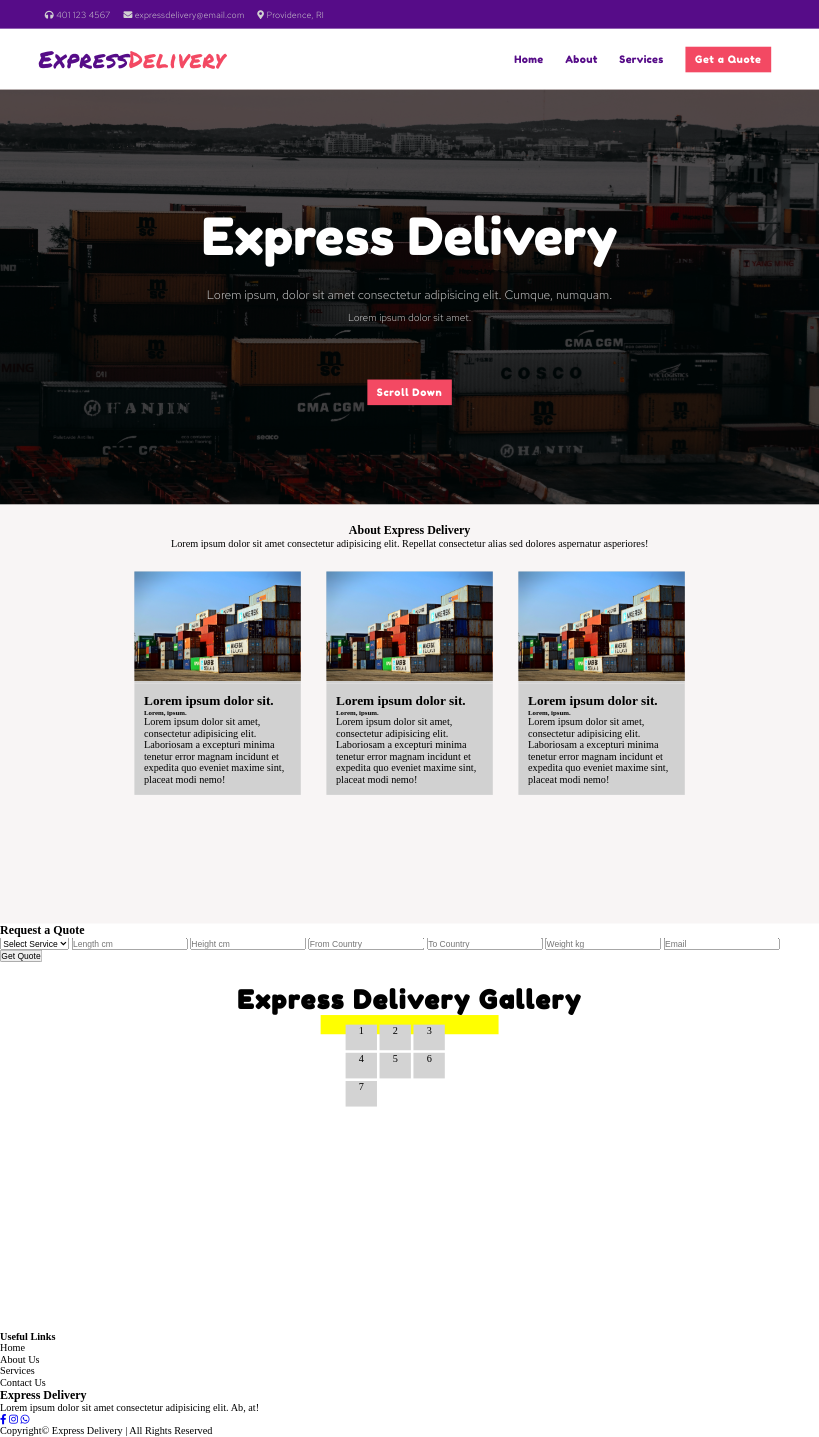
Repository: just-mann/express-delivery
Page: index.html
An editor plug-in stored every save of this project. The page is shown before and after the next save, followed by the edit.
The browser window is 1280 px wide. The pictures show the whole page, at 64% of full size.
The style sheet was rebuilt from its Sass, Less or Tailwind sources for each picture, by a compiler version that may differ from the author's.

Above is the page before, as saved 2021-06-30 14:55:55.

### index.html
<!DOCTYPE html>
<html lang="en">
<head>
    <meta charset="UTF-8">
    <meta http-equiv="X-UA-Compatible" content="IE=edge">
    <meta name="viewport" content="width=device-width, initial-scale=1.0">
    <meta name="author" content="Justin Kollie">
    <meta name="description" content="Reliable shipping solutions across the U.S.">
    <link rel="stylesheet" href="/css/style.css">
    <link rel="stylesheet" href="https://cdnjs.cloudflare.com/ajax/libs/font-awesome/5.15.3/css/all.min.css" referrerpolicy="no-referrer" />
    <title>Express Delivery | Your trusted delivery system</title>
</head>
<body id="top">
    <header>
        <div class="top-section">
            <p><i class="fas fa-headphones"></i> 401 123 4567</p>
            <p class="emailAdd"><i class="fas fa-envelope"></i> expressdelivery@email.com</p>
            <p><i class="fas fa-map-marker-alt"></i> Providence, RI</p>
        </div>
        <nav>
            <a href="#" class="logo"><span>Express</span>Delivery</a>
            <div class="nav__links">
                <a href="#">Home</a>
                <a href="#">About</a>
                <a href="#">Services</a>
                <a class="quoteGet" href="#contact-us">Get a Quote</a>
            </div>
        </nav>
        <section class="hero__div">
            <div class="hero__section">
                <div class="hero__overlay">
                    <h2>Express Delivery</h2>
                    <p class="firstPara">Lorem ipsum, dolor sit amet consectetur adipisicing elit. Cumque, numquam.</p>
                    <p class="secondPara">Lorem ipsum dolor sit amet.</p>
                    <a href="#aboutUs">Scroll Down</a>
                </div>
            </div>
        </section>
    </header>
    <section class="product__description">

    </section>
    <section class="aboutUs" id="aboutUs">
        <h3>About Express Delivery</h3>
        <p>
            Lorem ipsum dolor sit amet consectetur adipisicing elit.
            Repellat consectetur alias sed dolores aspernatur asperiores!
        </p>
        <div class="about__card-div">
            <div class="card">
                <div class="imgDiv">
                    <img src="/images/container_ship.jpg" alt="card1">
                </div>
                <div>
                    <h4>Lorem ipsum dolor sit.</h4>
                    <h6>Lorem, ipsum.</h6>
                    <p>
                        Lorem ipsum dolor sit amet, consectetur adipisicing elit.
                        Laboriosam a excepturi minima tenetur error magnam incidunt
                        et expedita quo eveniet maxime sint, placeat modi nemo!
                    </p>
                </div>
            </div>
            <div class="card">
                <div class="imgDiv">
                    <img src="/images/container_ship.jpg" alt="card1">
                </div>
                <div>
                    <h4>Lorem ipsum dolor sit.</h4>
                    <h6>Lorem, ipsum.</h6>
                    <p>
                        Lorem ipsum dolor sit amet, consectetur adipisicing elit.
                        Laboriosam a excepturi minima tenetur error magnam incidunt
                        et expedita quo eveniet maxime sint, placeat modi nemo!
                    </p>
                </div>
            </div>
            <div class="card">
                <div class="imgDiv">
                    <img src="/images/container_ship.jpg" alt="card1">
                </div>
                <div>
                    <h4>Lorem ipsum dolor sit.</h4>
                    <h6>Lorem, ipsum.</h6>
                    <p>
                        Lorem ipsum dolor sit amet, consectetur adipisicing elit.
                        Laboriosam a excepturi minima tenetur error magnam incidunt
                        et expedita quo eveniet maxime sint, placeat modi nemo!
                    </p>
                </div>
            </div>
        </div>
    </section>
    <section class="contact" id="contact-us">
        <h3>Request a Quote</h3>
        <form action="">
            <select name="services" id="services">
                <option>Select Service</option>
                <option value="service1">Service 1</option>
                <option value="service2">Service 2</option>
                <option value="service3">Service 3</option>
                <option value="service4">Service 4</option>
            </select>
            <input type="text" placeholder="Length cm">
            <input type="text" placeholder="Height cm">
            <input type="text" name="country-from" id="country-from" placeholder="From Country">
            <input type="text" name="country-to" id="country-to" placeholder="To Country">
            <input type="text" name="weight" id="weight" placeholder="Weight kg">
            <input type="email" name="email" id="email" placeholder="Email">
            <input type="submit" value="Get Quote">
        </form>
    </section>
    <section class="gallery">
        <h3>Express Delivery Gallery</h3>
        <div class="gallery__div">
            <div>1</div>
            <div>2</div>
            <div>3</div>
            <div>4</div>
            <div>5</div>
            <div>6</div>
            <div>7</div>
        </div>
    </section>
    <footer class="footer">
        <section class="footer__top">
            <div class="usefulLinks">
                <h4>Useful Links</h4>
                <li>Home</li>
                <li>About Us</li>
                <li>Services</li>
                <li>Contact Us</li>
            </div>
            <div>
                <h3>Express Delivery</h3>
                <p>
                    Lorem ipsum dolor sit amet consectetur adipisicing elit. Ab, at!
                </p>
                <div class="social__links">
                    <a href="#"><i class="fab fa-facebook-f"></i></a>
                    <a href="#"><i class="fab fa-instagram"></i></a>
                    <a href="#"><i class="fab fa-whatsapp"></i></a>
                </div>
            </div>
        </section>
        <section class="footer__bottom">
            <p>Copyright&copy Express Delivery | All Rights Reserved</p>
        </section>
    </footer>
</body>
</html>

### Sass/style.scss
@import 'reset';
@import 'default__styles';
@import 'mixins';

body {
    position: relative;
}


header {
    .top-section {
        background: $secondary__color;
        color: $light__white;
        display: flex;
        justify-content: flex-start;
        align-items: center;
        // padding: 15px 0px;
        @include my_container;
        height: 45px;

        p {
            font-family: $third__font;
            font-size: 0.87rem;
            color: $dark__white;
            letter-spacing: 0.3px;
            margin: 0 10px;

            .emailAdd {
                border-left: 1px solid red;
                border-right: 1px solid red;
            }

            i {
                transition: 0.7s;
            }



            &:hover {
                i {
                    color: $primary__color;
                }
            }
        }
    }

    nav {
        // position: sticky;
        // top: 0;
        // left: 0;
        @include my_container;
        width: 100%;
        height: 95px;
        // padding: 0px 35px;
        background: $light__white;
        display: flex;
        justify-content: space-between;
        align-items: center;

        .logo {
            font-size: 2.3rem;
            color: $primary__color;
            font-weight: 450;
            letter-spacing: 1px;
            font-family: $primary__font;
            span {
                color: $secondary__color;
            }
        }

        .nav__links {
            a {
                color: $secondary__color;
                font-size: 1rem;
                margin: 0 15px;
                transition: 0.5s;
                font-family: $secondary__font;
                font-weight: 150;
                letter-spacing: 0.5px;

                &:hover {
                    color: $primary__color;
                }

            }

            .quoteGet {
                @include btn_style;
            }
        }
    }

    .hero__div {
        height: 90vh;
        z-index: 0;
        .hero__section {
            width: 100%;
            height: 100%;
            display: flex;
            justify-content: center;
            align-items: center;
            background: url('/images/heroImg.jpg') no-repeat center center / cover;

            .hero__overlay {
                // display: none;
                background: rgba(0, 0, 0, 0.678);
                height: 100%;
                width: 100%;
                display: flex;
                align-items: center;
                justify-content: center;
                flex-direction: column;
                color: $light__white;
                text-align: center;

                h2 {
                    font-size: 5rem;
                    margin-top: 30px;
                    font-family: $secondary__font;
                    font-weight: 90;
                }

                .firstPara {
                    font-family: $third__font;
                    font-size: 1.2rem;
                    font-weight: 300;
                    line-height: 1.4em;
                    margin: 30px 0px 6px 0px;
                    color: $dark__white;
                }
                .secondPara {
                    font-family: $third__font;
                    font-size: 1rem;
                    font-weight: 300;
                    line-height: 1.4em;
                    margin: 5px 0px;
                    color: $dark__white;
                }

                a {
                    @include btn_style;
                    margin: 80px 0px 5px 0px;
                }
            }
        }
    }
}





// About Us
.aboutUs {
    // @include my_container;
    max-width: 100%;
    min-height: 50vh;
    text-align: center;
    margin: 0px auto;
    padding-top: 30px;
    padding-bottom: 15px;
    background: rgb(248, 245, 245);

    h3 {

    }

    p {

    }

    .about__card-div {
        // background: yellow;
        max-width: 100%;
        margin: 0 auto;
        padding: 25px;
        display: grid;
        justify-content: center;
        align-items: center;
        grid-template-columns: repeat(3, 300px);

        .card {
            min-height: 500px;
            margin: 10px 20px;
            text-align: center;
            &:hover {
                // @include divShadow;
            }

            .imgDiv {
                min-height: 30%;
                padding: 0px;
            }

            img {
                width: 100%;
                min-height: 100%;
                object-fit: cover;
            }

            div {
                padding: 15px;
                margin: 0 auto;
                text-align: left;
                background: $dark__white;

                h4 {
                    font-size: 1.3rem;
                }

                h6 {

                }

                p {

                }
            }
        }
    }
}

.gallery {
    padding: 35px;
    height: 80vh;

    h3 {
        font-family: $secondary__font;
        font-size: 2.5rem;
        text-align: center;
        letter-spacing: 2.5px;
    }

    .gallery__div {
        background: yellow;
        padding: 15px 35px;
        text-align: center;
        width: 23%;
        margin: 0 auto;
        // float: left;

        div {
            background: lightgray;
            width: 40px;
            height: 40px;
            @include grid(4, 2%);

        }
    }
}

### Sass/default__styles.scss
// Google Fonts
@import url('https://fonts.googleapis.com/css2?family=Abel&family=Dancing+Script:wght@300&family=Fredoka+One&family=Permanent+Marker&family=Red+Hat+Text:wght@300&family=Roboto:wght@100&family=Sacramento&display=swap');



// Styles for items like buttons, links, lists, and colors, fonts, etc..

// Variables
$primary__color: #F34963;
$secondary__color: #560c88;
$light__white: #ffffff;
$dark__white: #d1d1d1;
$primary__font: 'Permanent Marker', cursive;
$secondary__font: 'Fredoka One', cursive;
$third__font: 'Red Hat Text', sans-serif;








html {
    scroll-behavior: smooth;
}

a {
    text-decoration: none;
}

ul, li {
    list-style: none;
}

### Sass/mixins.scss
// Button Mixin
@mixin btn_style {
    border: none;
    background: $primary__color;
    color: $light__white;
    padding: 10px 15px;
    font-family: $secondary__font;
    font-weight: 150;
    letter-spacing: 1px;

    &:hover {
        color: $light__white;
        cursor: pointer;
    }
}

@mixin divShadow {
    box-shadow: -1px -3px 46px 16px rgba(0,0,0,0.23);
        -webkit-box-shadow: -1px -3px 46px 16px rgba(0,0,0,0.23);
        -moz-box-shadow: -1px -3px 46px 16px rgba(0,0,0,0.23);
}

@mixin my_container {
    padding: 0px 60px;
}


// Grid Mixin
@mixin grid($cols, $mgn) {
    float: left;
    margin-left: $mgn;
    margin-bottom: $mgn;
    width: (100% - (($cols - 1) * $mgn)) / $cols;
    &:nth-child(#{$cols}n) {
        margin-right: 0;
    }
}

Loaded but not shown: Sass/reset.scss (common file)

After the next save:
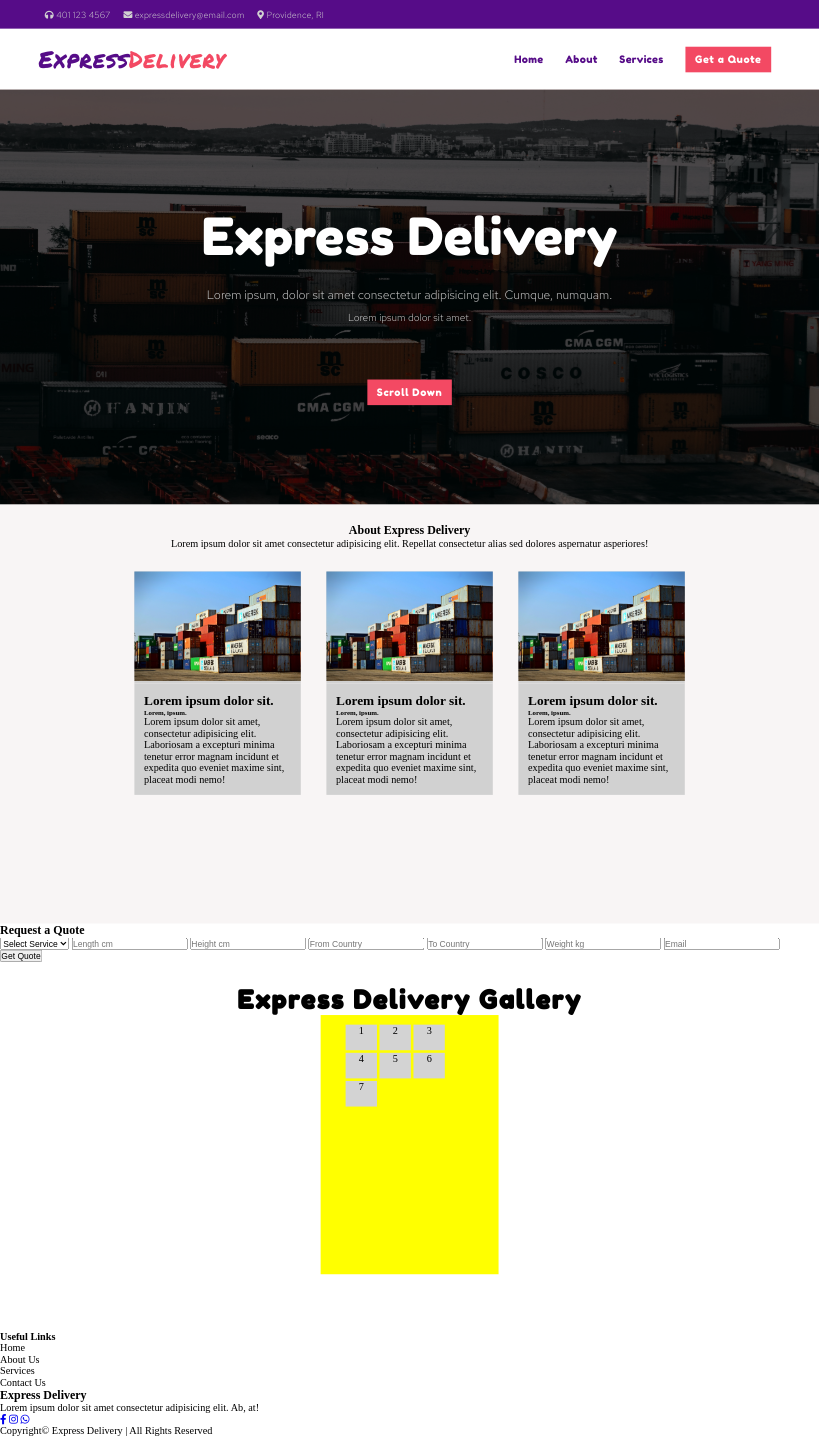
Saved 20 s later.
--- a/Sass/style.scss
+++ b/Sass/style.scss
@@ -233,6 +233,7 @@ header {
 
     .gallery__div {
         background: yellow;
+        height: 80%;
         padding: 15px 35px;
         text-align: center;
         width: 23%;
